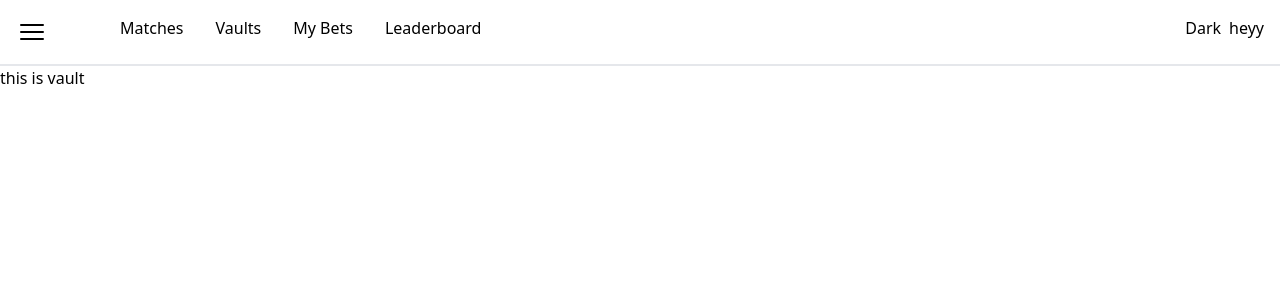
Repository: thekingisherenow/Betterbook
Page: /vaults
These files come from the project's save history. The page is drawn as it stood at one moment and after the next save; the edit follows.
The browser window is 1280 px wide. The pictures show the whole page.
The project was rebuilt for these pictures with package versions that can differ from the ones it lists, and the page was loaded fresh each time. The framework's server and built-in components were replaced by stand-ins that run in the browser. Also part of the build but not shown: next.config.js.

Above is the page before, as saved 2023-01-17 00:05:04.

After the next save:
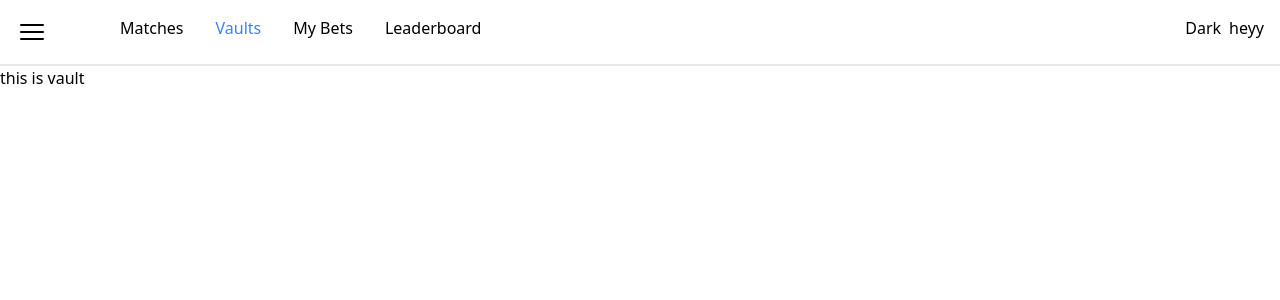
Saved 5 min 36 s later.
--- a/src/components/Typography/NavLinks.tsx
+++ b/src/components/Typography/NavLinks.tsx
@@ -7,13 +7,15 @@ function NavLinks() {
   const router = useRouter();
 
   console.log(router.pathname)
-
+  const isActive = (path:string)=>{
+    return router.pathname===path
+  }
     //const isActive is true if the url matches the current page.
 
   return (
     <nav>
       {categories.map((category)=>(
-        <NavLink key={category.label} category={category.label} path={category.path} isActive={false} />
+        <NavLink key={category.label} category={category.label} path={category.path} isActive={isActive(category.path)} />
       ))}
     </nav>
   )
